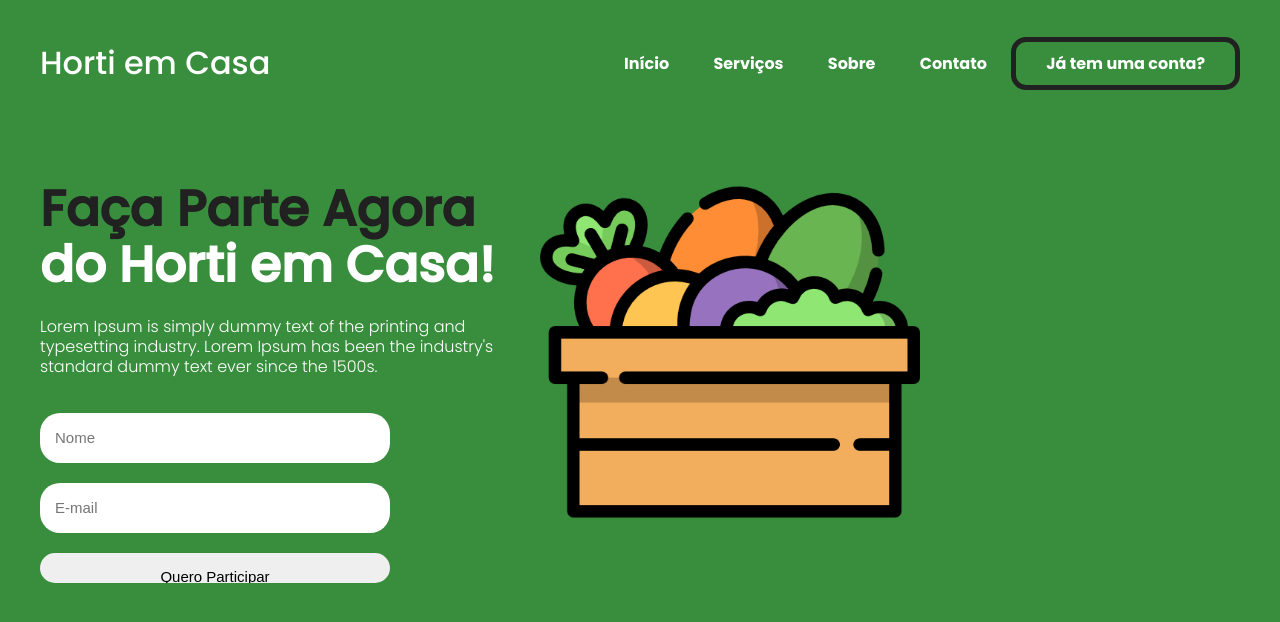
Repository: gabrielcastroo/horti-em-casa
Page: index.html
The author's editor kept a copy of each file at every save. The page is drawn from the files as they stood at one save, then again after the next save.
The browser window is 1280 px wide. The pictures show the whole page.

Above is the page before, as saved 2022-04-13 10:37:45.

After the next save:
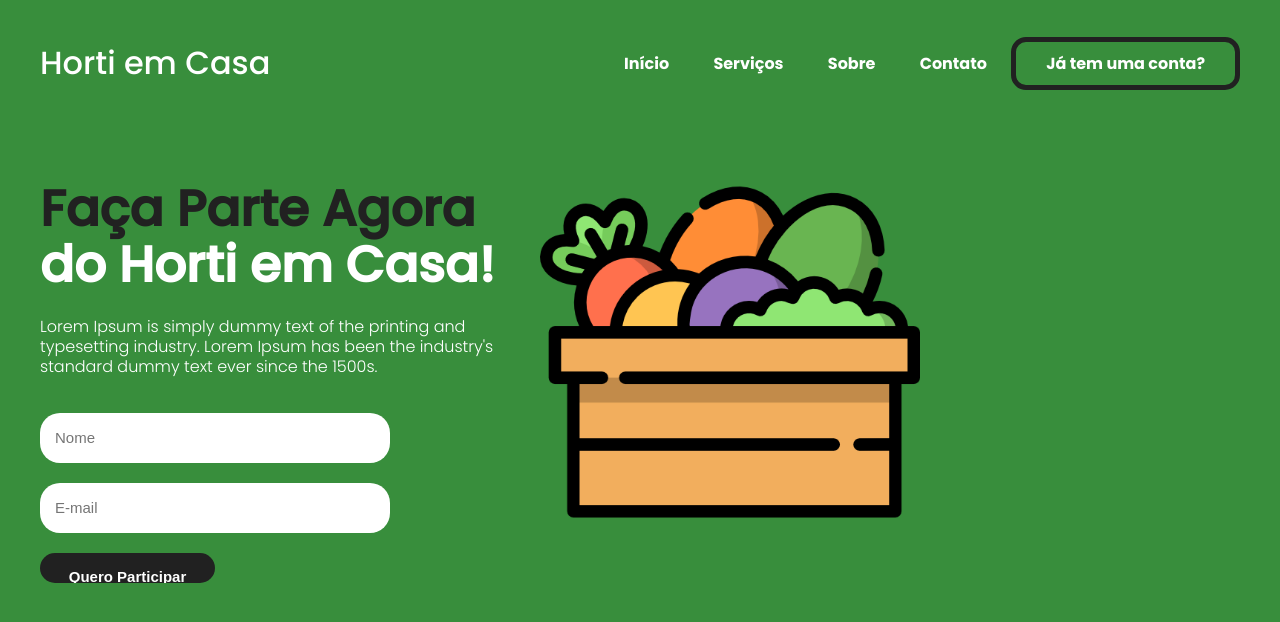
Saved 13 s later.
--- a/styles/style.css
+++ b/styles/style.css
@@ -85,7 +85,7 @@
     width: 70%;
 }
 
-form[type = "submit" ] {
+#submit {
     height: 20px;
     width: 50%;
     background-color: rgb(33,33,33);
